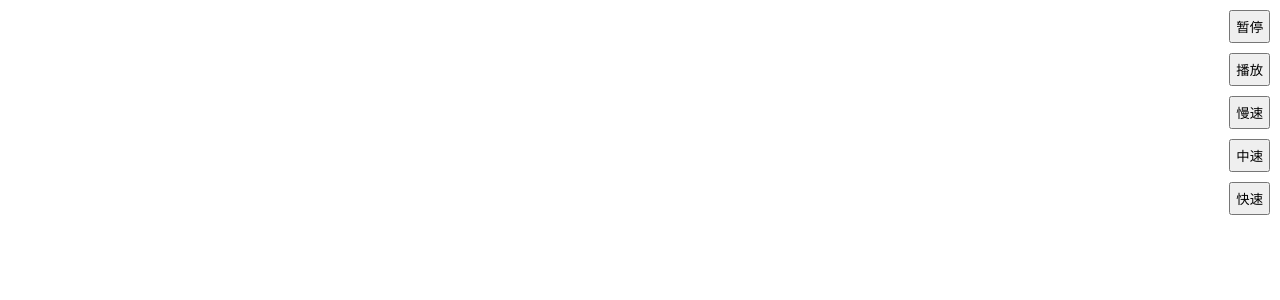
Repository: chenguocan/Pokemon
Page: src/test.html
An editor plug-in stored every save of this project. The page is shown before and after the next save, followed by the edit.
The browser window is 1280 px wide. The pictures show the whole page.

Above is the page before, as saved 2020-08-16 21:34:25.
Console error: SyntaxError: Cannot use import statement outside a module

### src/test.html
<!DOCTYPE html>
<html lang="en">

<head>
    <meta charset="UTF-8">
    <meta name="viewport" content="width=device-width, initial-scale=1.0">
    <title>Document</title>
    <style>
        * {
            box-sizing: border-box;
            margin: 0;
            padding: 0;
        }

        *::after {
            box-sizing: border-box;
        }

        *::before {
            box-sizing: border-box;
        }

        #demo2 {
            display: none;
        }

        #demo {
            position: fixed;
            height: 50vh;
            top: 0;
            left: 0;
            width: 100%;
            overflow-y: auto;
        }

        #demo::-webkit-scrollbar {
            display: none;
        }

        #html {
            position: fixed;
            bottom: 0;
            left: 0;
            width: 100%;
            height: 50vh;
        }

        #buttons {
            position: fixed;
            display: flex;
            flex-direction: column;
            z-index: 10;
            margin-top: 10px;
            margin-right: 10px;
            top: 0;
            right: 0;
        }

        #buttons>button {
            padding: 5px;
            margin-bottom: 10px;
        }
    </style>
</head>

<body>
    <div id="demo"></div>
    <style id="demo2"></style>
    <div id="buttons">
        <button id="btnPause">暂停</button>
        <button id="btnPlay">播放</button>
        <button id="btnSlow">慢速</button>
        <button id="btnNormal">中速</button>
        <button id="btnFast">快速</button>
    </div>

    <div id="html">
        <div class="skin">
            <div class="eye left"></div>
            <div class="eye right"></div>
            <div class="nose">
                <div class="yuan"></div>
            </div>
            <div class="face left">
                <img src="./images/3.gif" alt="">
            </div>
            <div class="face right">
                <img src="./images/3.gif" alt="">
            </div>
            <div class="mouth">
                <div class="up">
                    <div class="lip left"></div>
                    <div class="lip right"></div>
                </div>
                <div class="down">
                    <div class="yuan1">
                        <div class="yuan2"></div>
                    </div>
                </div>
            </div>
        </div>
    </div>
    <script src="test.js"></script>
</body>

</html>

### src/test.js
import string from "./css.js"
const player = {
    id: undefined,
    time: 100,
    n: 1,
    init: () => {
        demo.innerText = string.substr(0, player.n);
        demo2.innerHTML = string.substr(0, player.n);
        player.play();
        player.bindEvents()
    },
    ui: {
        demo2: document.querySelector("#demo2"),
        demo: document.querySelector("#demo")
    },
    events: {
        "#btnPause": "pause",
        "#btnPlay": "play",
        "#btnSlow": "slow",
        "#btnNormal": "normal",
        "#btnFast": "fast",
    },
    bindEvents: () => {
        for (let key in player.events) {
            if (player.events.hasOwnProperty(key)) {
                const value = player.events[key]
                document.querySelector(key).onclick = player[value]
            }
        }
    },
    run: () => {
        player.n += 1;
        if (player.n > string.length) {
            window.clearInterval(player.id);
            return;
        }
        player.ui.demo.innerText = string.substr(0, player.n);
        player.ui.demo2.innerHTML = string.substr(0, player.n);
        player.ui.demo.scrollTop = player.ui.demo.scrollHeight;
    },
    play: () => {
        player.id = setInterval(player.run, player.time);
    },
    pause: () => {
        window.clearInterval(player.id);
    },
    slow: () => {
        player.pause();
        player.time = 300;
        player.play();
    },
    normal: () => {
        player.pause();
        player.time = 100;
        player.play();
    },
    fast: () => {
        player.pause();
        player.time = 0;
        player.play();
    }
}

player.init();

After the next save:
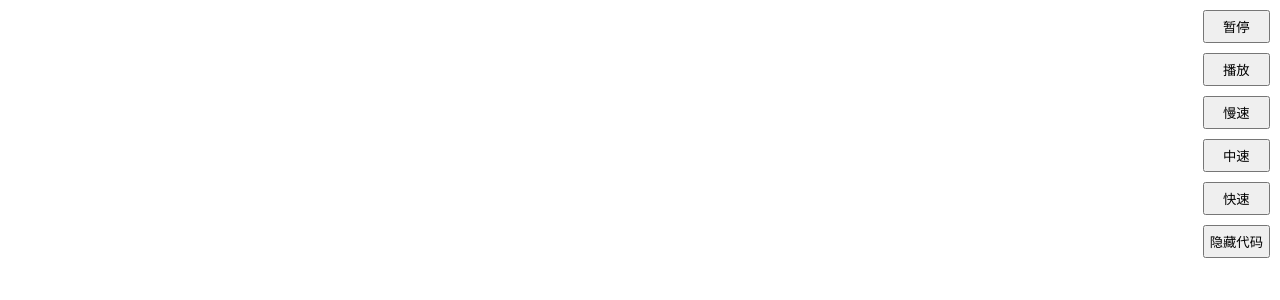
Saved 28 min 19 s later.
--- a/src/test.html
+++ b/src/test.html
@@ -72,6 +72,7 @@
         <button id="btnSlow">慢速</button>
         <button id="btnNormal">中速</button>
         <button id="btnFast">快速</button>
+        <button id="hidden">隐藏代码</button>
     </div>
 
     <div id="html">
